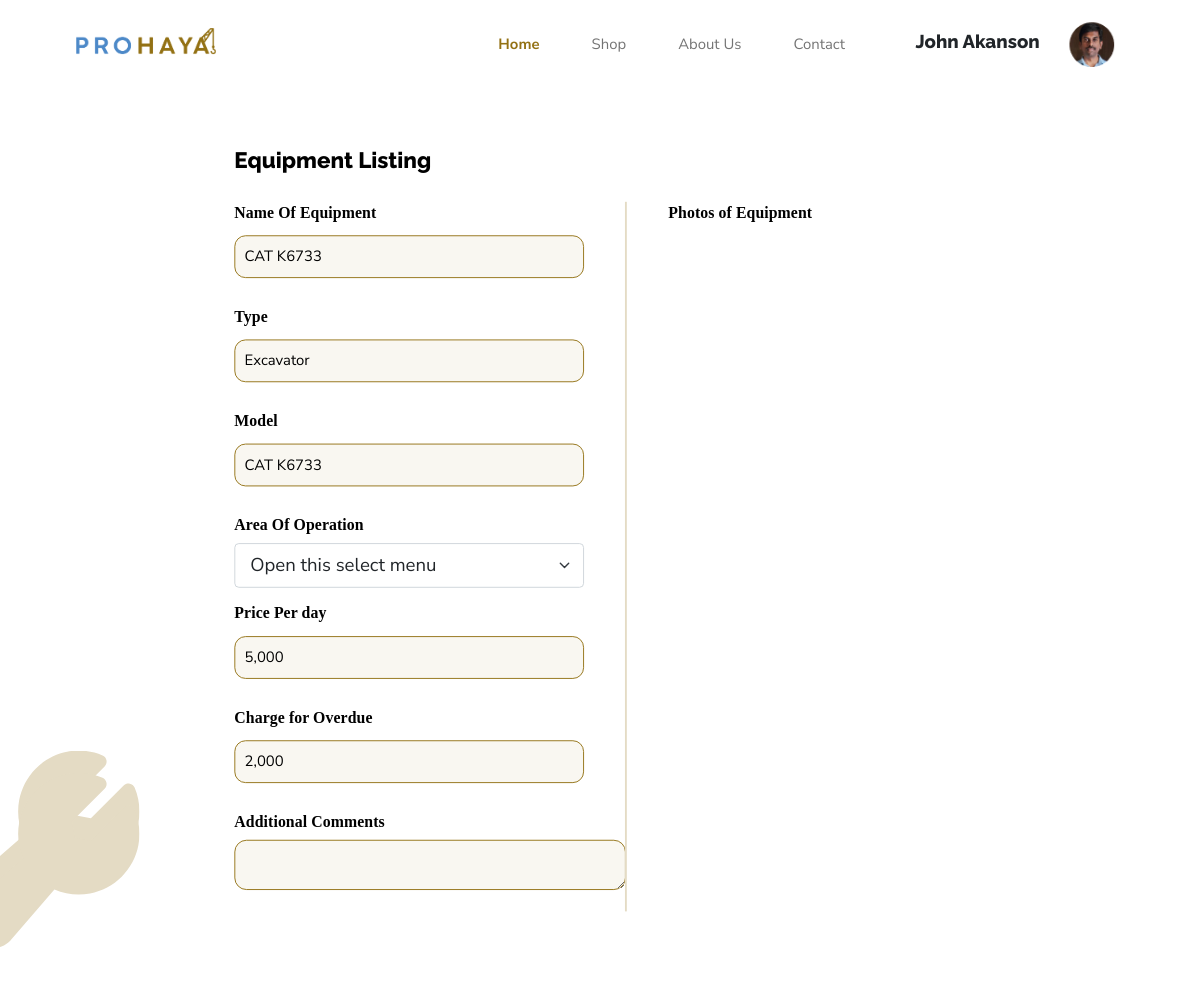
Repository: stormcelltech/Prohaya-UI
Page: Prohaya-UI/equipment_listing.html
An editor plug-in stored every save of this project. The page is shown before and after the next save, followed by the edit.
The browser window is 1280 px wide. The pictures show the whole page, at 93% of full size.
Some web libraries are served in a nearby version.

Above is the page before, as saved 2022-04-14 03:58:13.
Console error: TypeError: $(...).owlCarousel is not a function

After the next save:
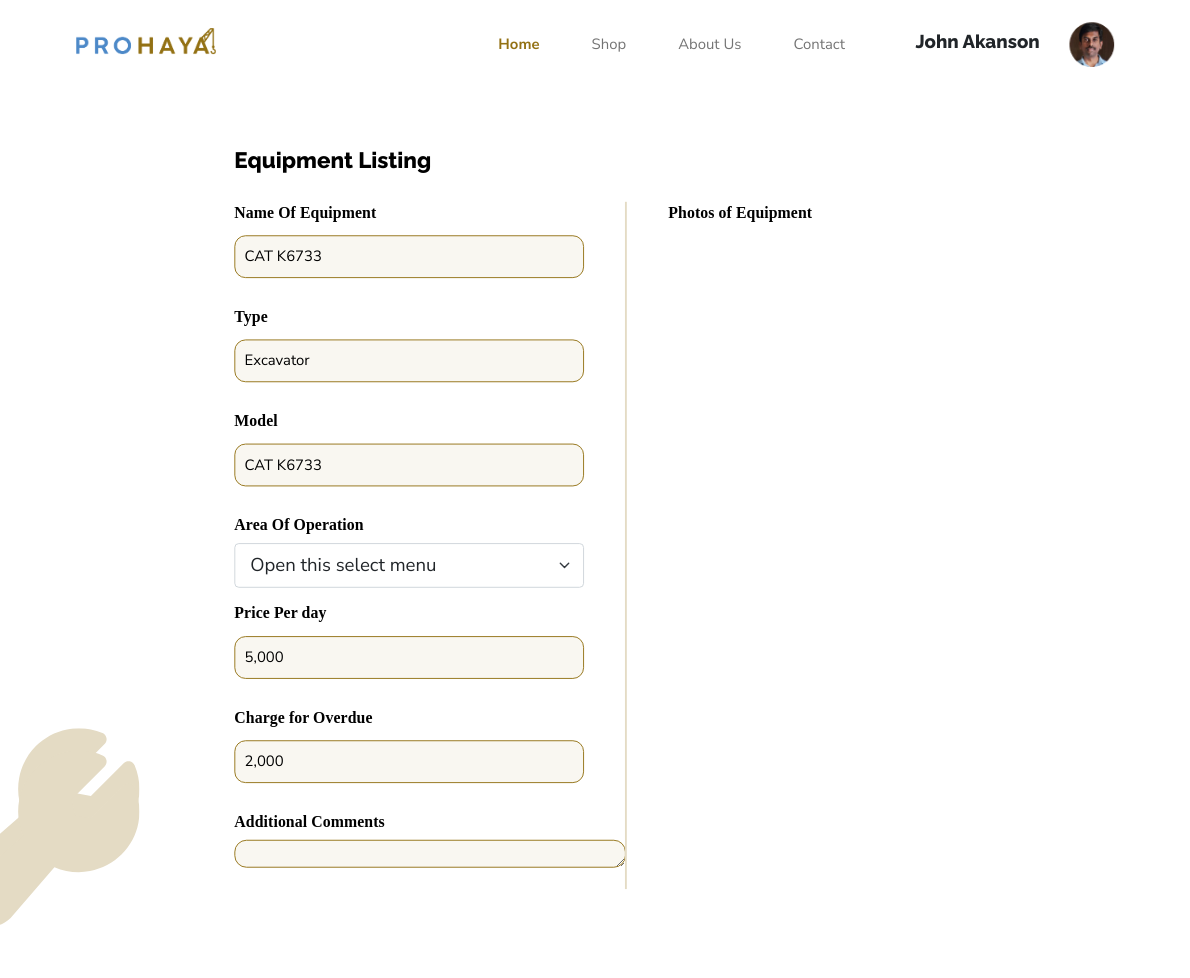
Saved 34 s later.
--- a/Prohaya-UI/equipment_listing.html
+++ b/Prohaya-UI/equipment_listing.html
@@ -96,7 +96,7 @@
                             </div>
                             <div class="mb-3">
                                 <label for="exampleFormControlInput1" class="form-label custom-labels">Additional Comments</label>
-                                <textarea name="" id="" cols="43" rows="2" class="custom-textarea"></textarea>
+                                <textarea name="" id="" cols="43" rows="1.5" class="custom-textarea"></textarea>
                                 <!-- <input type="text" class="form-control custom-input" id="exampleFormControlInput1" placeholder="CAT K6733"> -->
                             </div>
 
